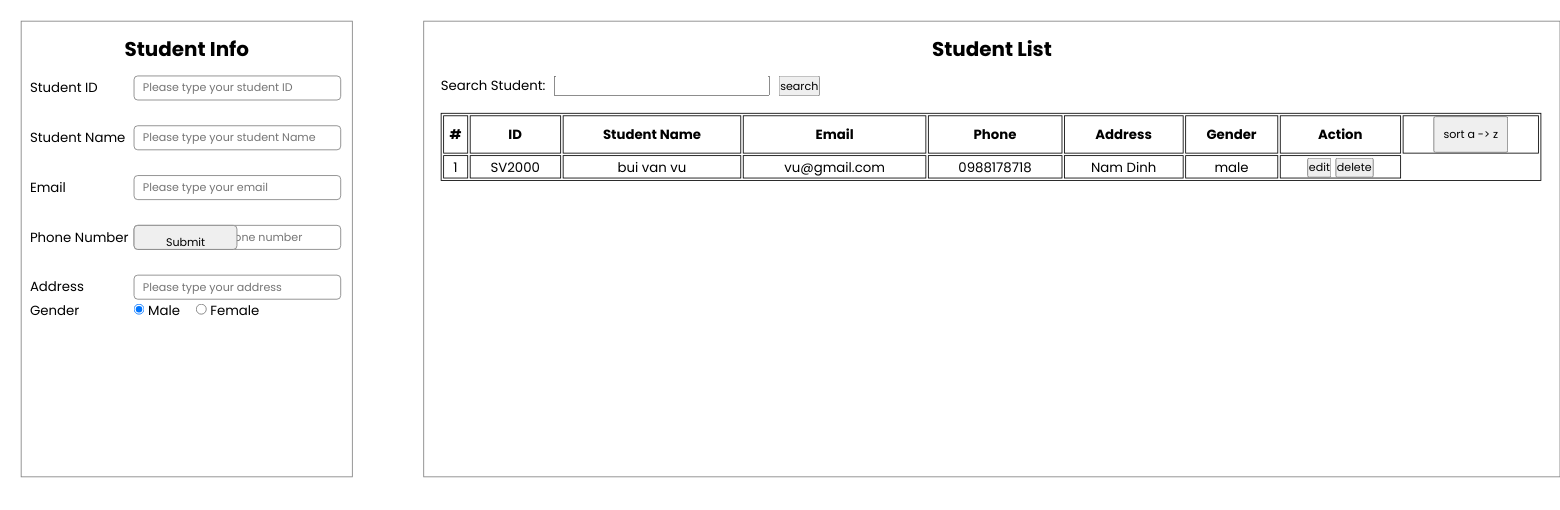
Repository: sSoRaK/ex-session15-dom-event
Page: ex-dom-event/student-management.html
An editor plug-in stored every save of this project. The page is shown before and after the next save, followed by the edit.
The browser window is 1280 px wide. The page is 1880 px wide, so the pictures cover 1880 px, including what lies to the right of the window. The pictures show the whole page, at 83% of full size.

Above is the page before, as saved 2023-06-24 20:26:04.

### ex-dom-event/student-management.html
<!DOCTYPE html>
<html lang="en">
  <head>
    <meta charset="UTF-8" />
    <meta name="viewport" content="width=device-width, initial-scale=1.0" />
    <title>Student Management</title>
    <link rel="preconnect" href="https://fonts.googleapis.com" />
    <link rel="preconnect" href="https://fonts.gstatic.com" crossorigin />
    <link
      href="https://fonts.googleapis.com/css2?family=Poppins:ital,wght@0,100;0,200;0,300;0,400;0,500;0,600;0,700;0,800;0,900;1,100;1,200;1,300;1,400;1,500;1,600;1,700;1,800;1,900&display=swap"
      rel="stylesheet"
    />
    <link rel="stylesheet" href="./style/style.css" />
  </head>
  <body>
    <div class="left-side">
      <h2>Student Info</h2>
      <form action="#" class="form-student">
        <label for="student-id" id="label-id">Student ID</label>
        <input
          type="text"
          name="student-name"
          id="student-id"
          placeholder="Please type your student ID"
        />
        <div class="error error-row1"></div>
        <label for="student-name" id="label-name">Student Name</label>
        <input
          type="text"
          name="student-name"
          id="student-name"
          placeholder="Please type your student Name"
        />
        <div class="error error-row2"></div>
        <label for="student-email" id="label-email">Email</label>
        <input
          type="email"
          name="student-email"
          id="student-email"
          placeholder="Please type your email"
        />
        <div class="error error-row3"></div>
        <label for="student-phone_number" id="label-phone_number"
          >Phone Number</label
        >
        <input
          type="number"
          name="student-phone_number"
          id="student-phone_number"
          placeholder="Please type a phone number"
        />
        <div class="error error-row4"></div>
        <label for="student-address" id="label-address">Address</label>
        <input
          type="text"
          name="student-address"
          id="student-address"
          placeholder="Please type your address"
        />
        <div class="error error-row5"></div>
        <span class="gender">Gender</span>
        <div class="gender-wrapper">
          <input type="radio" name="gender" id="male" checked />
          <label for="male">Male</label>
          <input type="radio" name="gender" id="female" />
          <label for="female">Female</label>
        </div>
        <input type="submit" value="Submit" class="btn-submit" />
      </form>
    </div>
    <div class="right-side">
      <h2>Student List</h2>
      <form action="#" class="searching-bar">
        <span>Search Student:</span>
        <input
          type="text"
          name="search-student_name"
          id="search-student_name"
        />
        <button class="btn-search">search</button>
      </form>
      <table class="table-student">
        <thead>
          <tr>
            <th>#</th>
            <th>ID</th>
            <th>Student Name</th>
            <th>Email</th>
            <th>Phone</th>
            <th>Address</th>
            <th>Gender</th>
            <th>Action</th>
            <th>
              <button class="btn-sort">sort a -> z</button>
            </th>
          </tr>
        </thead>
        <tbody id="student-info"></tbody>
      </table>
    </div>
    <script src="./app/app.js"></script>
  </body>
</html>

### ex-dom-event/style/style.css
* {
  padding: 0;
  margin: 0;
  box-sizing: border-box;
  font-family: "Poppins", sans-serif;
}
body {
  display: grid;
  grid-template-columns: repeat(4, 400px);
  grid-template-rows: repeat(1, 550px);
  gap: 85px;
  margin: 25px;
}
/* left side student info */
.left-side {
  border: 1px solid gray;
  grid-column: 1/2;
}
.left-side h2,
.right-side h2 {
  text-align: center;
  margin: 15px 0;
}
.form-student {
  margin: 0 10px;
  display: grid;
  grid-template-columns: repeat(3, 125px);
  grid-template-rows: repeat(13, 30px);
  /* row-gap: 30px; */
}
.form-student input {
  border: 0.5px solid gray;
  border-radius: 5px;
}
#label-id {
  grid-column: 1/2;
  grid-row: 1/2;
  line-height: 30px;
}
#student-id {
  grid-column: 2/4;
  grid-row: 1/2;
  padding-left: 10px;
}
.error-row1{
  grid-column: 2/4;
  grid-row: 2/3;
}
#label-name {
  grid-column: 1/2;
  grid-row: 3/4;
  line-height: 30px;
}
#student-name {
  grid-column: 2/4;
  grid-row: 3/4;
  padding-left: 10px;
}
.error-row2{
  grid-column: 2/4;
  grid-row: 4/5;
}
#label-email {
  grid-column: 1/2;
  grid-row: 5/6;
  line-height: 30px;
}
#student-email {
  grid-column: 2/4;
  grid-row: 5/6;
  padding-left: 10px;
}
.error-row3{
  grid-column: 2/4;
  grid-row: 6/7;
}
#label-phone_number {
  grid-column: 1/2;
  grid-row: 7/8;
  line-height: 30px;
}
input::-webkit-outer-spin-button,
input::-webkit-inner-spin-button {
  -webkit-appearance: none;
  margin: 0;
}
#student-phone_number {
  grid-column: 2/4;
  grid-row: 7/8;
  padding-left: 10px;
}
.error-row4{
  grid-column: 2/4;
  grid-row: 8/9;
}
#label-address {
  grid-column: 1/2;
  grid-row: 9/10;
  line-height: 30px;
}
#student-address {
  grid-column: 2/4;
  grid-row: 9/10;
  padding-left: 10px;
}
.error-row5{
  grid-column: 2/4;
  grid-row: 10/11;
}
.gender {
  grid-column: 1/2;
  grid-row: 10/11;
}
.gender-wrapper {
  grid-column: 2/4;
  grid-row: 10/11;
}
.gender-wrapper label[for="male"] {
  margin-right: 15px;
}
.btn-submit {
  grid-column: 2/3;
  grid-row: 7/8;
  padding: 10px 0;
}

/* right side student list */
.right-side {
  border: 1px solid gray;
  grid-column: 2/5;
}
.right-side .searching-bar {
  margin-left: 20px;
  display: flex;
  gap: 10px;
}
.table-student,
th,
tr,
td {
  border: 1px solid;
  /* border-collapse: collapse; */
  margin: 20px;
  width: calc(100% - 42px);
}
.btn-sort {
  padding: 10px;
}

#student-info tr td {
  text-align: center;
}
.error {
  visibility: hidden;
}
.error-row1 {
  grid-row: 2;
}
.display-error {
  color: red;
  visibility: visible;
}
.btn-edit,
.btn-delete,
.btn-submit,
.btn-sort,
.btn-search {
  cursor: pointer;
}

### ex-dom-event/app/app.js
// tạo 1 mảng rỗng 2 chiều với phần tử là 1 mảng chứa các thông tin tương ứng của mỗi sinh viên
let studentList = [
  ["SV2000", "bui van vu", "vu@gmail.com", "0988178718", "Nam Dinh", "male"],
];
let action = "create";
// Lấy dữ liệu từ form -> table: Read
function renderData() {
  // truy cập đến tbody
  let tbody = document.getElementById("student-info");
  // đặt giá trị ban đầu tbody = "", để tránh dữ liệu cũ còn tồn tại
  tbody.innerHTML = "";
  for (let i = 0; i < studentList.length; i++) {
    // truyền vào tbody dưới dạng String Template
    tbody.innerHTML += `<tr>
                          <td>${i + 1}</td>
                          <td>${studentList[i][0]}</td>
                          <td>${studentList[i][1]}</td>
                          <td>${studentList[i][2]}</td>
                          <td>${studentList[i][3]}</td>
                          <td>${studentList[i][4]}</td>
                          <td>${studentList[i][5]}</td>
                          <td>
                              <button onclick="editData('${
                                studentList[i][0]
                              }')" class="btn-edit">edit</button>
                              <button onclick="deleteData('${
                                studentList[i][1]
                              }')" class="btn-delete">delete</button>
                          </td>
                    </tr>`;
  }
}
// Khi trình duyệt load thì sẽ load dữ liệu student và hiển thị trên table
document.onload = renderData();

// query element (create gol)
const studentId = document.querySelector("#student-id");
const studentName = document.querySelector("#student-name");
const studentEmail = document.querySelector("#student-email");
const studentPhoneNumber = document.querySelector("#student-phone_number");
const studentAddress = document.querySelector("#student-address");
const studentGender = document.querySelector("input[name='gender']:checked");

const errorElement = document.querySelectorAll(".error");

const btnSubmit = document.querySelector(".btn-submit");

// Validate: xác thực khi thêm create hoặc update
// function check validate each <input>
function validateForm() {
  // Lấy dữ liệu từ Form và Thực hiện validate từng input, nếu thỏa -> true, không thỏa -> báo lỗi (false)
  let idValidate = false;
  let nameValidate = false;
  let emailValidate = false;
  let phoneValidate = false;
  let addressValidate = false;
  let emailPattern = /^\w+([\.-]?\w+)*@\w+([\.-]?\w+)*(\.\w{2,3})+$/; // regex pattern: mẫu quy định
  let phonePattern = /(84|0[3|5|7|8|9])+([0-9]{8})\b/g;
  // check validate studentId
  if (studentId.value.length == 0) {
    errorElement[0].textContent = "* Please type your ID";
    errorElement[0].classList.add("display-error");
  } else if (studentId.value.length < 6 || studentId.value.length > 20) {
    errorElement[0].textContent = "* Your ID must be 6 - 20 characters";
    errorElement[0].classList.add("display-error");
  } else {
    errorElement[0].classList.remove("display-error");
    idValidate = true;
  }

  // check validate studentName
  if (studentName.value == "") {
    errorElement[1].textContent = "* Please type your name";
    errorElement[1].classList.add("display-error");
  } else {
    errorElement[1].classList.remove("display-error");
    nameValidate = true;
  }

  // check validate studentEmail
  if (studentEmail.value.length == "") {
    errorElement[2].textContent = "* Please type your email";
    errorElement[2].classList.add("display-error");
  } else if (!studentEmail.value.match(emailPattern)) {
    errorElement[2].textContent = "* You have entered email invalid";
    errorElement[2].classList.add("display-error");
  } else {
    errorElement[2].classList.remove("display-error");
    emailValidate = true;
  }

  // check validate studentPhoneNumber
  if (studentPhoneNumber.value.length == "") {
    errorElement[3].textContent = "* Please type your phone number";
    errorElement[3].classList.add("display-error");
  } else if (!studentPhoneNumber.value.match(phonePattern)) {
    errorElement[3].textContent = "* You have entered phone number invalid";
    errorElement[3].classList.add("display-error");
  } else {
    errorElement[3].classList.remove("display-error");
    phoneValidate = true;
  }

  // check validate studentAddress
  if (studentAddress.value.length == "") {
    errorElement[4].textContent = "* Please type your address";
    errorElement[4].classList.add("display-error");
  } else {
    errorElement[4].classList.remove("display-error");
    addressValidate = true;
  }

  // check validate each input as True or False
  if (
    idValidate &&
    nameValidate &&
    emailValidate &&
    phoneValidate &&
    addressValidate
  ) {
    return true;
  }
  return false;
}

// Lấy dữ liệu từ Form sau khi submit, tạo table và insert studentList
// create new student from FORM and take to value studentList, insert to table
function createData() {
  // tạo mảng gồm các thông tin của học sinh - create array have element as student info
  const newStudent = [
    studentId.value,
    studentName.value,
    studentEmail.value,
    studentPhoneNumber.value,
    studentAddress.value,
    studentGender.value,
  ];
  studentList.push(newStudent);
  renderData();
  resetForm(); // clear form after submit
}

// reset form after submit or update, create newStudent to table
function resetForm() {
  studentId.value = "";
  studentName.value = "";
  studentEmail.value = "";
  studentPhoneNumber.value = "";
  studentAddress.value = "";
  document.getElementById("male").checked = true;
}

// create event for btn-submit
// event : e
btnSubmit.addEventListener("click", (e) => {
  e.preventDefault(); // after click button submit, prevent "FORM" re-load
  const checkValidForm = validateForm();
  if (checkValidForm) {
    if (action == "create") {
      // push dữ liệu vào table
      createData();
    } else {
      // Thực hiện update sinh viên
      updateFormStudent();
    }
  }
});
// lấy thông tin học sinh thông qua studentID
// 1. Duyệt qua studentList để lấy studentID
function getStudentId(studentId) {
  for (let index = 0; index < studentList.length; index++) {
    if (studentId == studentList[index][0]) return index;
  }
  return -1;
}
// 2.
function editData(studentID) {
  // 1. lấy chỉ số sinh viên trong mảng
  let index = getStudentId(studentID);
  if (index >= 0) {
    // 2. fill thông tin sinh viên qua form
    studentId.value = studentList[index][0];
    studentName.value = studentList[index][1];
    studentEmail.value = studentList[index][2];
    studentPhoneNumber.value = studentList[index][3];
    studentAddress.value = studentList[index][4];
    if (studentList[index][5] == "male") {
      document.getElementById("male").checked = true;
    } else {
      document.getElementById("female").checked = true;
    }
    // sau khi edit, thay giá trị action
    action = "edit";
    studentId.readOnly = true;
    studentId.style.outline = "none";
    studentId.style.cursor = "unset";
    studentId.style.caretColor = "transparent";
  }
}
// Update
function updateFormStudent() {
  const studentUpdate = [
    studentId.value,
    studentName.value,
    studentEmail.value,
    studentPhoneNumber.value,
    studentAddress.value,
    studentGender.value,
  ];

  //find Index dua ma code cua sinh vien
  const indexStudent = getStudentId(studentId.value);

  studentList[indexStudent] = studentUpdate;
  renderData();
  action = "create";
  resetForm();
  studentId.readOnly = false;
  studentId.style.cursor = "text";
  studentId.style.caretColor = "black";
}

function deleteData(studentID) {
  let isCheckRemove = confirm("Bạn có muốn xóa hay không?");
  if (isCheckRemove) {
    const indexDeleteStudent = getStudentId(studentID);
    studentList.splice(indexDeleteStudent, 1);
    renderData();
  }
}

After the next save:
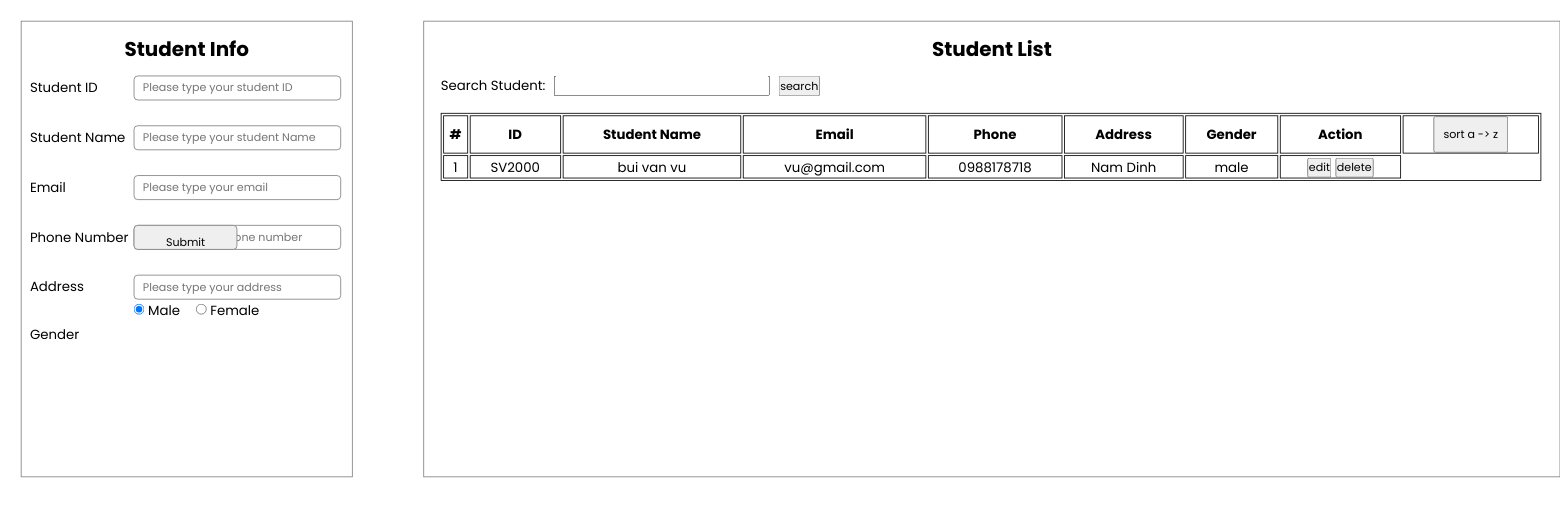
Saved 4 s later.
--- a/ex-dom-event/style/style.css
+++ b/ex-dom-event/style/style.css
@@ -109,7 +109,7 @@ input::-webkit-inner-spin-button {
 }
 .gender {
   grid-column: 1/2;
-  grid-row: 10/11;
+  grid-row: 11/12;
 }
 .gender-wrapper {
   grid-column: 2/4;
